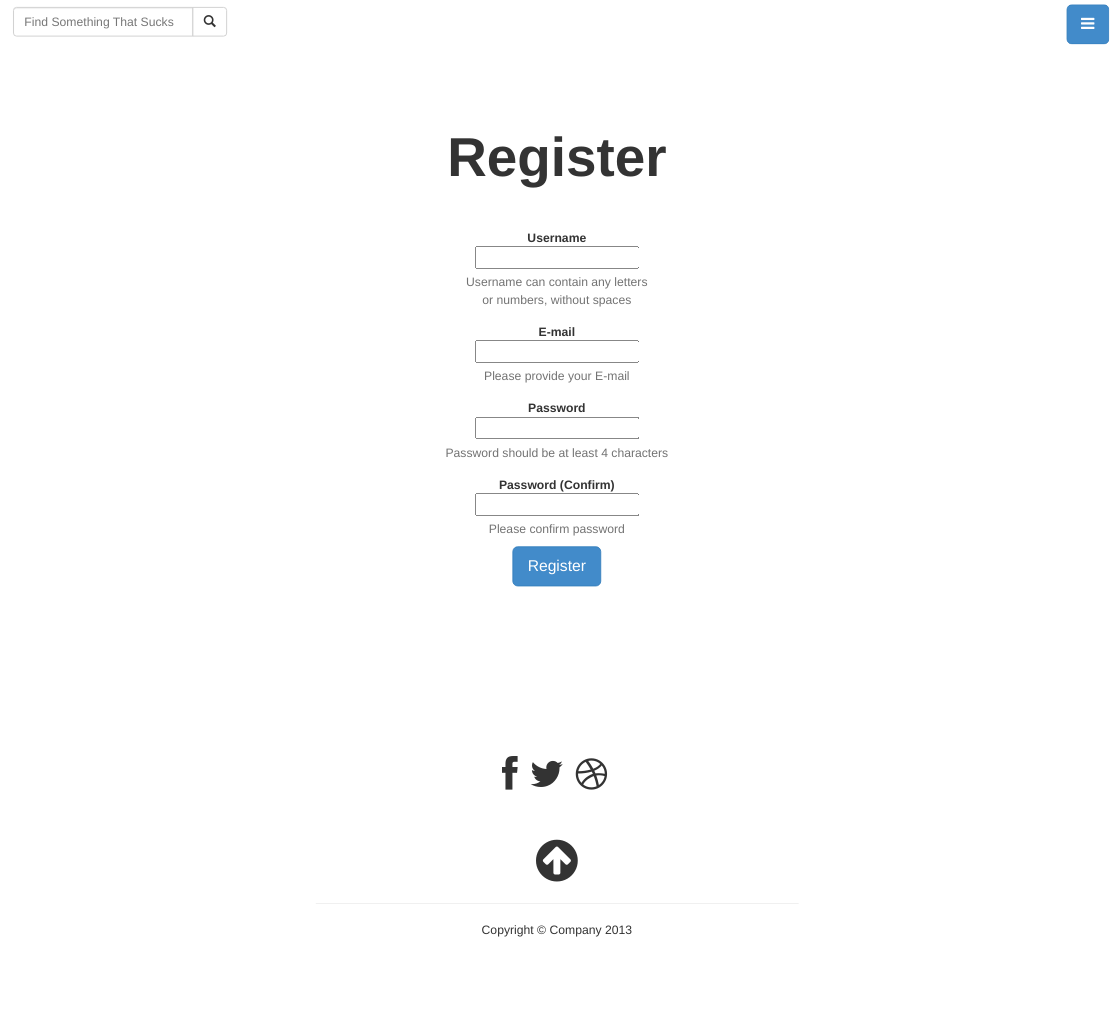
Repository: rajisreehari/sr
Page: http://localhost/SRWeb/WEB-INF/views/sr/register.jsp
These files come from the project's save history. The page is drawn as it stood at one moment and after the next save; the edit follows.
The browser window is 1280 px wide. The pictures show the whole page, at 87% of full size.
Backgrounds fixed to the window are drawn as part of the page. The page is served by Tomcat 9. Nobody is signed in. Other server files are loaded and not shown. The template is opened directly, without the code that normally fills it, so the values that code supplies are empty.

Above is the page before, as saved 2014-07-16 00:31:11.

### SRWeb/WebContent/WEB-INF/views/sr/register.jsp
<jsp:include page="../common/head.jsp" />
    <!-- Full Page Image Header Area -->
    <div id="top" class="header">
        <div class="vert-text">
            <h1>Register</h1>
<!-- START FROM -->
<br><br>
<form class="form-horizontal" action='' method="POST">
  <fieldset>
    <div class="control-group">
      <!-- Username -->
      <label class="control-label"  for="username">Username</label>
      <div class="controls">
        <input type="text" id="username" name="username" placeholder="" class="input-xlarge">
        <p class="help-block">Username can contain any letters<br> or numbers, without spaces</p>
      </div>
    </div>

    <div class="control-group">
      <!-- E-mail -->
      <label class="control-label" for="email">E-mail</label>
      <div class="controls">
        <input type="text" id="email" name="email" placeholder="" class="input-xlarge">
        <p class="help-block">Please provide your E-mail</p>
      </div>
    </div>

    <div class="control-group">
      <!-- Password-->
      <label class="control-label" for="password">Password</label>
      <div class="controls">
        <input type="password" id="password" name="password" placeholder="" class="input-xlarge">
        <p class="help-block">Password should be at least 4 characters</p>
      </div>
    </div>

    <div class="control-group">
      <!-- Password -->
      <label class="control-label"  for="password_confirm">Password (Confirm)</label>
      <div class="controls">
        <input type="password" id="password_confirm" name="password_confirm" placeholder="" class="input-xlarge">
        <p class="help-block">Please confirm password</p>
      </div>
    </div>


    <div class="control-group">
      <!-- Button -->
      <div class="controls">
        <button class="btn btn-lg btn-primary">Register</button>
      </div>
    </div>
  </fieldset>

<!-- END FORM -->
        </div>
    </div>
    <!-- /Full Page Image Header Area -->

<jsp:include page="../common/footer.jsp" />

### SRWeb/WebContent/WEB-INF/views/common/head.jsp
<%@ taglib prefix="c" uri="http://java.sun.com/jsp/jstl/core" %>

<!DOCTYPE html>
<html lang="en">

<head>
    <meta charset="utf-8">
    <meta name="viewport" content="width=device-width, initial-scale=1.0">
    <meta name="description" content="">
    <meta name="author" content="">


    <title>Suck Rate</title>

    <!-- Bootstrap core CSS -->
    <link href="<c:url value='/static/css/bootstrap.css'/>" rel="stylesheet">



    <!-- Add custom CSS here -->
    <link href="<c:url value='/static/css/stylish-portfolio.css'/>" rel="stylesheet">
    <link href="<c:url value='/static/font-awesome/css/font-awesome.min.css'/>" rel="stylesheet">
</head>

<body>
<jsp:include page="../common/sidemenu.jsp" />

### SRWeb/WebContent/WEB-INF/views/common/sidemenu.jsp
<%@ taglib prefix="c" uri="http://java.sun.com/jsp/jstl/core" %>
    <!-- Side Menu -->
    <a id="menu-toggle" href="#" class="btn btn-primary btn-lg toggle"><i class="fa fa-bars"></i></a>
    <div id="sidebar-wrapper">
        <ul class="sidebar-nav">
            <a id="menu-close" href="#" class="btn btn-default btn-lg pull-right toggle"><i class="fa fa-times"></i></a>
            <li class="sidebar-brand"><a href="<c:url value='/home'/>">Suck Rate</a></li>
            <li><a href="#register"><a href="<c:url value='/register'/>">Register To Suck</a></li>
            <li><a href="#services">Find Suck Rate</a></li>
            <li><a href="#portfolio">Suck Something</a></li>
            <li><a href="#top">Home</a></li>
            <li><a href="#about">About</a></li>
            <li><a href="#contact">Contact</a></li>
        </ul>
    </div>

            <form class="navbar-form" role="search">
                <div class="input-group">
                    <input type="text" class="form-control" placeholder="Find Something That Sucks" name="q">
                    <div class="input-group-btn">
                        <button class="btn btn-default" type="submit"><i class="glyphicon glyphicon-search"></i></button>
                    </div>
                </div>
            </form>

    <!-- /Side Menu -->

### SRWeb/WebContent/static/css/stylish-portfolio.css
/* Global Styles */

html,
body {
  height: 100%;
  width: 100%;
}

.vert-text {
  display: table-cell;
  vertical-align: middle;
  text-align: center;
}

.vert-text h1 {
  padding: 0;
  margin: 0;
  font-size: 4.5em;
  font-weight: 700;
}

/* Side Menu */

#sidebar-wrapper {
  margin-right: -250px;
  right: 0;
  width: 250px;
  background: #000;
  position: fixed;
  height: 100%;
  overflow-y: auto;
  z-index: 1000;
  -webkit-transition: all 0.4s ease 0s;
  -moz-transition: all 0.4s ease 0s;
  -ms-transition: all 0.4s ease 0s;
  -o-transition: all 0.4s ease 0s;
  transition: all 0.4s ease 0s;
}

.sidebar-nav {
  position: absolute;
  top: 0;
  width: 250px;
  list-style: none;
  margin: 0;
  padding: 0;
}

.sidebar-nav li {
  line-height: 40px;
  text-indent: 20px;
}

.sidebar-nav li a {
  color: #999999;
  display: block;
  text-decoration: none;
}

.sidebar-nav li a:hover {
  color: #fff;
  background: rgba(255,255,255,0.2);
  text-decoration: none;
}

.sidebar-nav li a:active,
.sidebar-nav li a:focus {
  text-decoration: none;
}

.sidebar-nav > .sidebar-brand {
  height: 55px;
  line-height: 55px;
  font-size: 18px;
}

.sidebar-nav > .sidebar-brand a {
  color: #999999;
}

.sidebar-nav > .sidebar-brand a:hover {
  color: #fff;
  background: none;
}

#menu-toggle {
  top: 0;
  right: 0;
  position: fixed;
  z-index: 1;
}

#sidebar-wrapper.active {
  right: 250px;
  width: 250px;
  -webkit-transition: all 0.4s ease 0s;
  -moz-transition: all 0.4s ease 0s;
  -ms-transition: all 0.4s ease 0s;
  -o-transition: all 0.4s ease 0s;
  transition: all 0.4s ease 0s;
}

.toggle {
  margin: 5px 5px 0 0;
}

/* Full Page Image Header Area */

.header {
  display: table;
  height: 100%;
  width: 100%;
  position: relative;
  background: url(../img/bg.jpg) no-repeat center center fixed;
  -webkit-background-size: cover;
  -moz-background-size: cover;
  -o-background-size: cover;
  background-size: cover;
}

/* Intro */

.intro {
  padding: 50px 0;
}

/* Services */

.services {
  background: #7fbbda;
  padding: 50px 0;
  color: #ffffff;
}

.service-item {
  margin-bottom: 15px;
}

i.service-icon {
  border: 3px solid #ffffff;
  border-radius: 50%;
  display: inline-block;
  font-size: 56px;
  width: 140px;
  height: 140px;
  line-height: 136px;
  vertical-align: middle;
  text-align: center;
}

/* Callout */

.callout {
  color: #ffffff;
  display: table;
  height: 400px;
  width: 100%;
  background: url(../img/callout.jpg) no-repeat center center fixed;
  -webkit-background-size: cover;
  -moz-background-size: cover;
  -o-background-size: cover;
  background-size: cover;
}

/* Portfolio */

.portfolio {
  padding: 50px 0;
}

.portfolio-item {
  margin-bottom: 25px;
}

.img-portfolio {
  margin: 0 auto;
}


/* Call to Action */

.call-to-action {
  color: #ffffff;
  background: #0a5175;
  padding: 50px 0;
}

.call-to-action .btn {
  margin: 10px;
}

/* Map */

.map {
  height: 500px;
}

/* Footer */

footer {
  padding: 100px 0;
}

.top-scroll {
  margin-top: 50px;
}

.top-scroll a {
  text-decoration: none;
  color: inherit;
}

i.scroll {
  color: #333333;
}

i.scroll:hover {
  color: #0a5175;
}
/* Responsive */

@media (max-width: 768px) {

  .header {
	background: url(../img/bg.jpg) no-repeat center center scroll;
  }

  .callout {
	background: url(../img/callout.jpg) no-repeat center center scroll;
  }

  .map {
	height: 75%;
  }

}

Loaded but not shown: SRWeb/WebContent/WEB-INF/views/common/footer.jsp (common file); SRWeb/WebContent/static/css/bootstrap.css (library); SRWeb/WebContent/static/font-awesome/css/font-awesome.min.css (library); SRWeb/WebContent/static/js/jquery-1.11.1.min.js (library); SRWeb/WebContent/static/js/bootstrap.min.js (library)

After the next save:
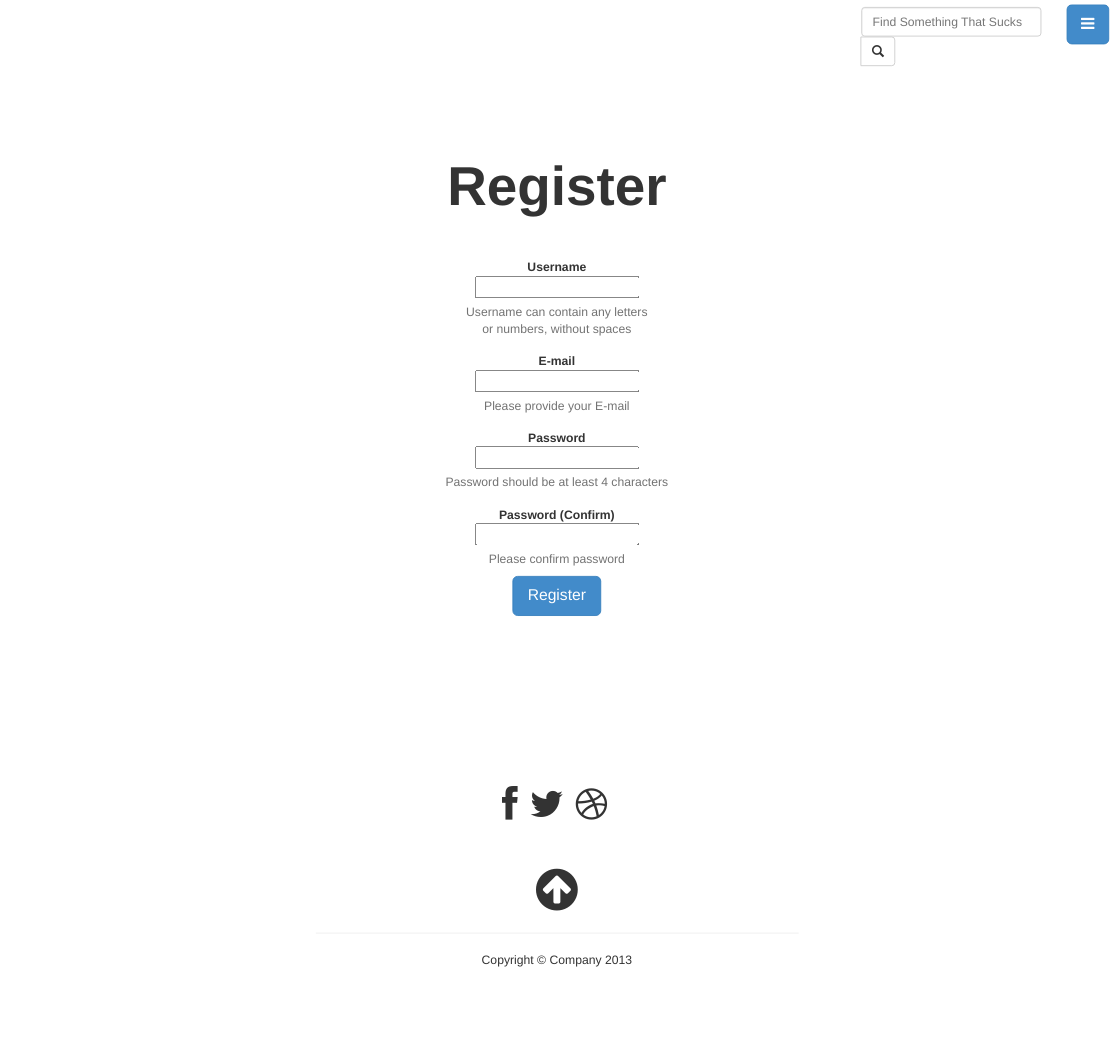
Saved 23 s later.
--- a/SRWeb/WebContent/WEB-INF/views/common/sidemenu.jsp
+++ b/SRWeb/WebContent/WEB-INF/views/common/sidemenu.jsp
@@ -13,14 +13,14 @@
             <li><a href="#contact">Contact</a></li>
         </ul>
     </div>
+    <div class="col-sm-3 col-md-3 pull-right ">
+            <form class="navbar-form" role="search">
 
-            <form class="navbar-form" role="search">
-                <div class="input-group">
                     <input type="text" class="form-control" placeholder="Find Something That Sucks" name="q">
                     <div class="input-group-btn">
                         <button class="btn btn-default" type="submit"><i class="glyphicon glyphicon-search"></i></button>
                     </div>
-                </div>
+
             </form>
-
+        </div>
     <!-- /Side Menu -->
